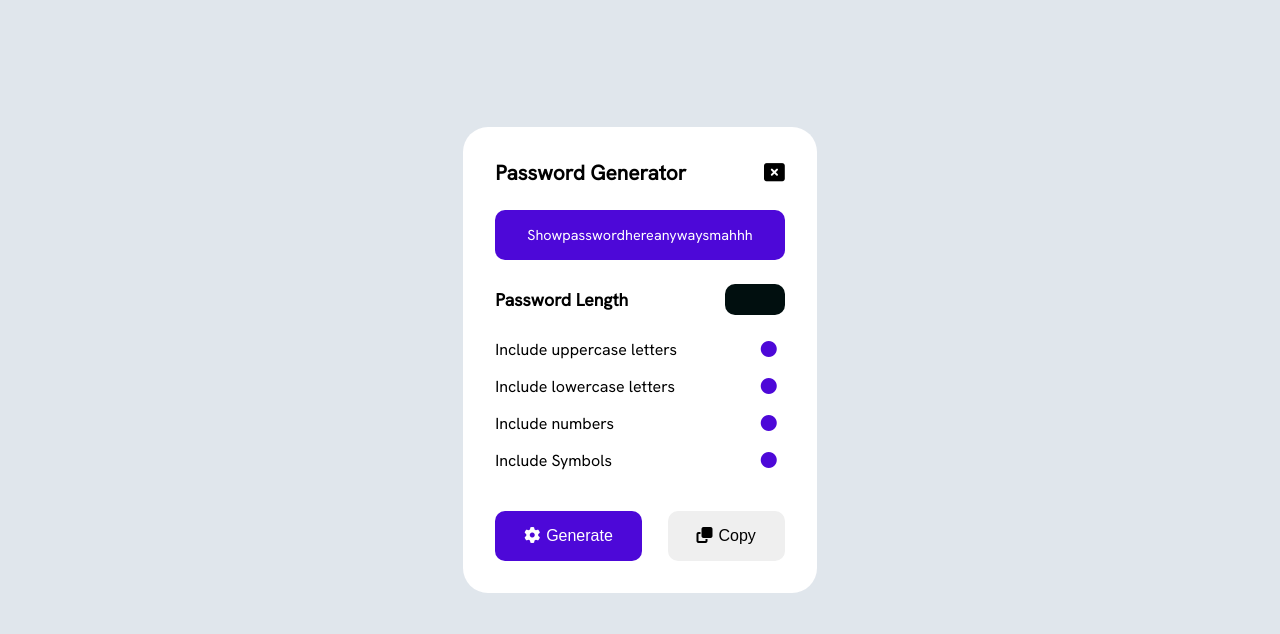
Repository: emiliaiwu/password_generator
Page: index.html
An editor plug-in stored every save of this project. The page is shown before and after the next save, followed by the edit.
The browser window is 1280 px wide. The pictures show the whole page.
Some web libraries are served in a nearby version.

Above is the page before, as saved 2022-12-14 04:58:49.

### index.html
<!DOCTYPE html>
<html lang="en">
<head>
    <meta charset="UTF-8">
    <meta http-equiv="X-UA-Compatible" content="IE=edge">
    <meta name="viewport" content="width=device-width, initial-scale=1.0">
    <link rel="stylesheet" href="style.css">
    <script src="https://kit.fontawesome.com/fd9c36575f.js" crossorigin="anonymous"></script>
    <title>Password Generator</title>
</head>
<body>
    <div class="container">
        <div class="title">
            <h2>Password Generator</h2>
            <i class="fa-solid fa-rectangle-xmark"></i>
        </div>

        <div class="display_password">
            <p>Showpasswordhereanywaysmahhh</p>
        </div>

        <div class="password_attributes">
            <div class="password_length">
                <h3>Password Length</h3>
                <input type="text">
            </div>

            <div class="password_includes">
                <ul>
                    <li class="list">
                        <label for="uppercase" id="uppercase_letters">Include uppercase letters
                            <i class="fa-solid fa-circle"></i>
                            <i class="fa-solid fa-circle-check"></i>
                            <input type="checkbox" name="uppercase" id="uppercase" class="uppercase">
                        </label>
                    </li>
                    <li class="list">
                        <label for="lowercase" id="lowercase_letters">Include lowercase letters
                            <i class="fa-solid fa-circle"></i>
                            <i class="fa-solid fa-circle-check"></i>
                            <input type="checkbox" name="lowercase" id="lowercase" class="lowercase">
                        </label>
                    </li>
                    <li class="list">
                        <label for="numbers" id="include_numbers">Include numbers
                            <i class="fa-solid fa-circle"></i>
                            <i class="fa-solid fa-circle-check"></i>
                            <input type="checkbox" name="numbers" id="numbers" class="numbers">
                        </label>

                    </li>
                    <li class="list">
                        <label for="symbols" id="include_symbols">Include Symbols
                            <i class="fa-solid fa-circle"></i>
                            <i class="fa-solid fa-circle-check"></i>
                            <input type="checkbox" name="symbols" id="symbols" class="symbols">
                        </label>

                    </li>
                </ul>
            </div>
        </div>

        <div class="cta">
            <button class="btn generate"><i class="fa-solid fa-gear"></i>Generate</button>
            <button class="btn copy"><i class="fa-solid fa-clone"></i>Copy</button>
        </div>
    </div>
</body>
</html>

### style.css
@import url('https://fonts.googleapis.com/css2?family=Hanken+Grotesk:wght@300;400&display=swap');


* {
    margin: 0;
    padding: 0;
    box-sizing: border-box;
    list-style-type: none;
}


:root {
    --BG-COLOR: #fff;
    --BG-COLOR2:
}


body {
    width: 100vw;
    height: 100vh;
    font-family: 'Hanken Grotesk', sans-serif;
    display: flex;
    align-items: center;
    justify-content: center;
    color: #000;
    background-color: rgb(224, 230, 236);
}

.container {
    background-color: var(--BG-COLOR);
    display: flex;
    flex-direction: column;
    align-items: left;
    justify-content: space-between;
    gap: 1.5rem;
    padding: 2rem;
    border-radius: 25px;

}

h2 {
   font-size: 1.3rem;
   font-family: inherit;
}

h3 {
    font-size: 1.1rem;
    font-family: inherit;
}

.title,
label,
.password_length,
.cta {
    display: flex;
    align-items: center;
    justify-content: space-between;
}

.fa-rectangle-xmark {
    font-size: 1.3rem;
}

.display_password {
    padding: 1rem 2rem;
    border-radius: 10px;
    background: #4d08d8;
    color: #fff;
    overflow: hidden;
}

.display_password p {
    font-size: .9rem;
    word-wrap: break-word;
}

.password_length {
    margin-bottom: 1.5rem;
}

.password_length input[type="text"] {
    width: 60px;
    padding: .3rem .7rem;
    font-size: 1.1rem;
    border: 2px solid #000;
    border-radius: 10px;
    background-color: rgb(1, 15, 15);
    border: none;
}

.password_length input[type="text"]:focus {
    outline: none;
}

.list {
    margin-top: 1rem;
}

.list input[type="checkbox"] {
    /* width: 20px; */
    padding: 1rem;

}

label {
     position: relative;
}

.list .fa-solid {
    position: absolute;
    top: 50%;
    right: 0;
    transform: translate(-50%, -50%);
}

.fa-circle {
    color: #4d08d8;
}

.fa-circle-check{
    opacity: 0;
}

.list input {
    opacity: 0;
}


.btn {
    margin-top: 1rem;
    padding: 1rem 1.8rem;
    font-size: 1rem;
    border: none;
    border-radius: 10px;

}

.generate {
    background-color:#4d08d8;
    color: #fff;
}

.btn .fa-solid {
    margin-right: 6px;
}

After the next save:
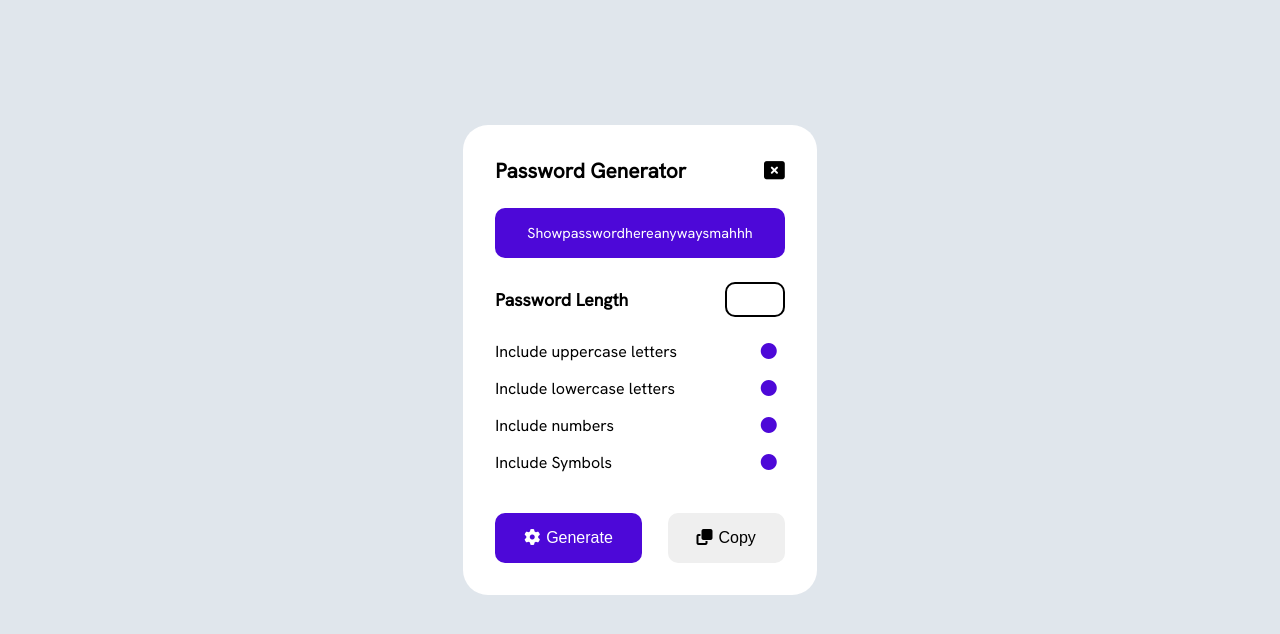
Saved 46 s later.
--- a/style.css
+++ b/style.css
@@ -84,7 +84,7 @@ label,
     font-size: 1.1rem;
     border: 2px solid #000;
     border-radius: 10px;
-    background-color: rgb(1, 15, 15);
+    background-color:
     border: none;
 }
 
